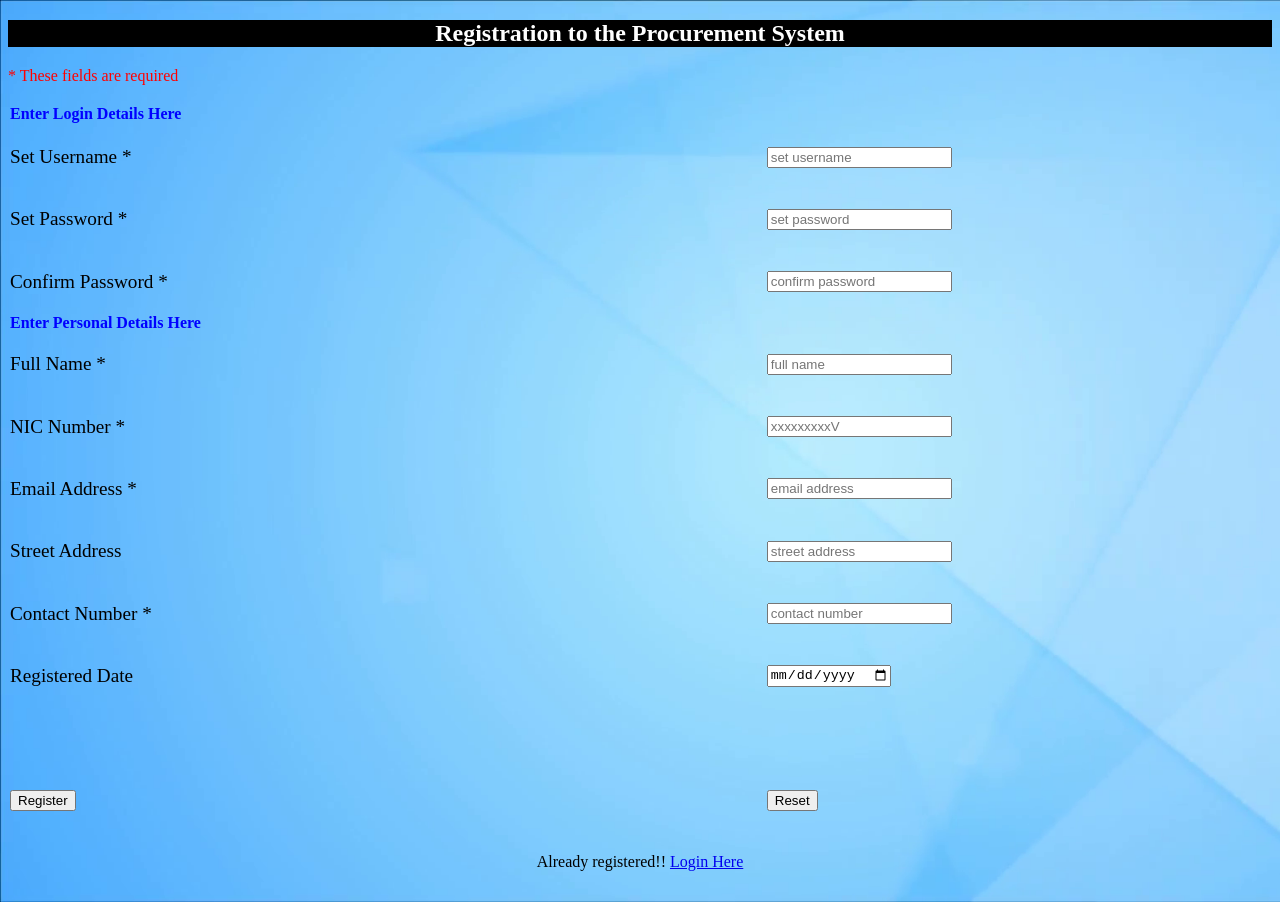
Repository: nirmaniPathiranage/CSSE-Procurement-Management
Page: http://localhost/Item_Management/Register.jsp
An editor plug-in stored every save of this project. The page is shown before and after the next save, followed by the edit.
The browser window is 1280 px wide. The pictures show the whole page.
The page is served by Tomcat 9.

Above is the page before, as saved 2019-09-29 18:24:55.

After the next save:
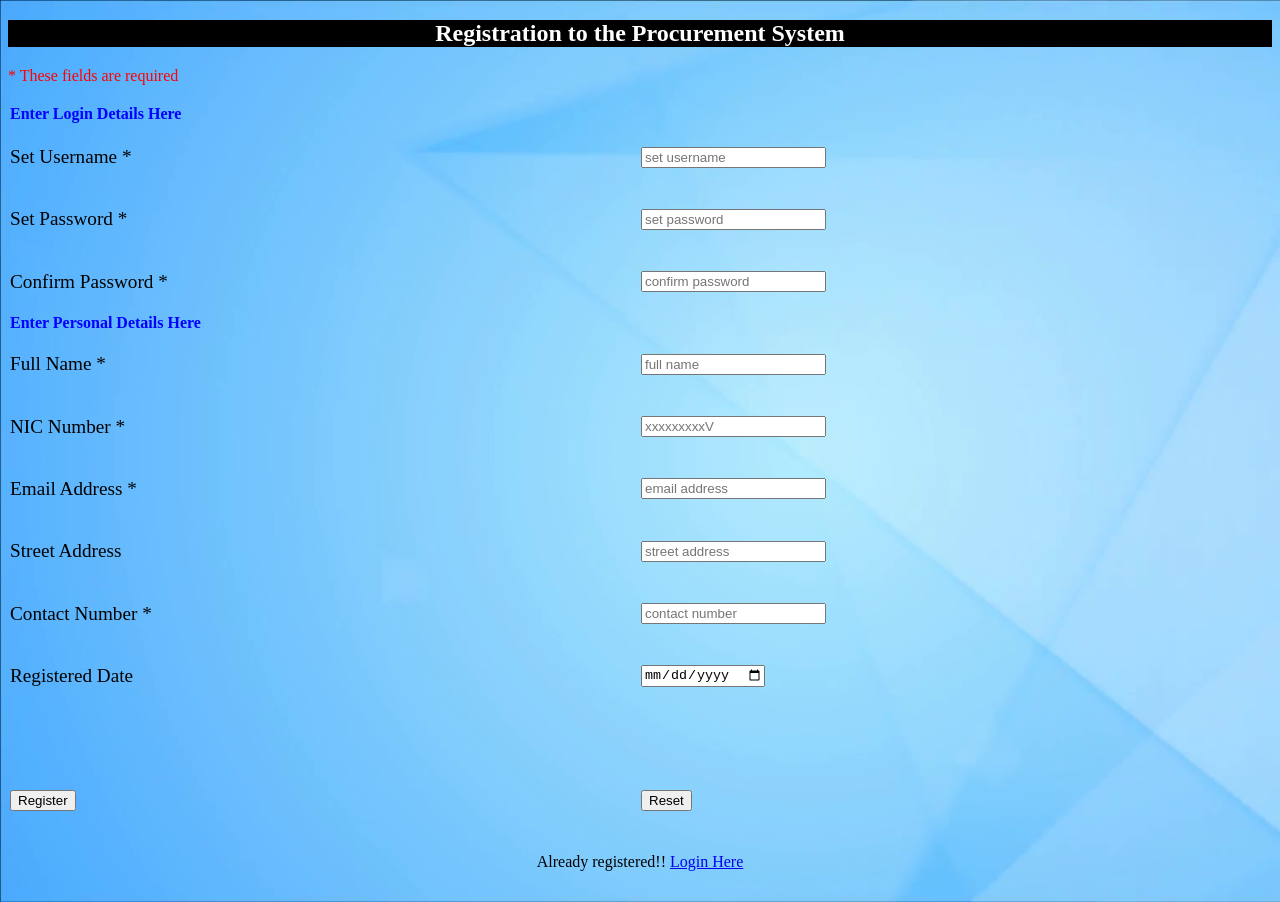
Saved 37 s later.
--- a/Item_Management/WebContent/Register.jsp
+++ b/Item_Management/WebContent/Register.jsp
@@ -12,7 +12,7 @@ body{
 	background-size: cover;
 }
 td{
-	width:60%;
+	width:50%;
 	height:60px;
 }
 </style>
